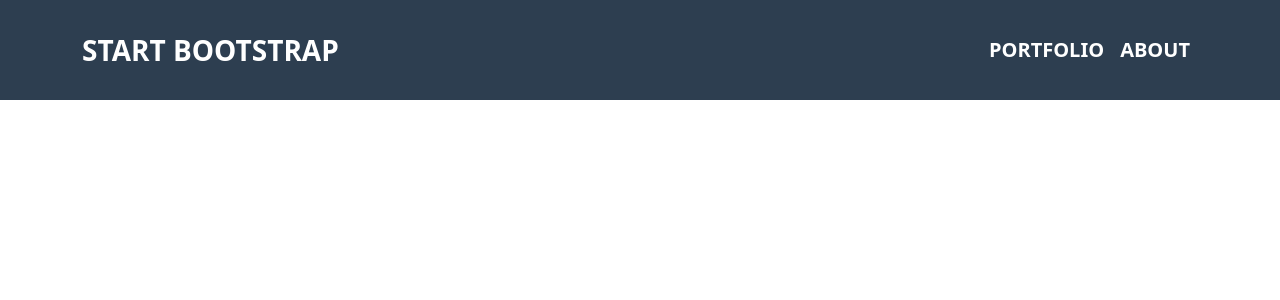
Repository: 7JaxeN7/WT-1255P-Mehmet_BEZC-
Page: index.html
These files come from the project's save history. The page is drawn as it stood at one moment and after the next save; the edit follows.
The browser window is 1280 px wide. The pictures show the whole page.

Above is the page before, as saved 2025-01-06 20:58:53.

After the next save:
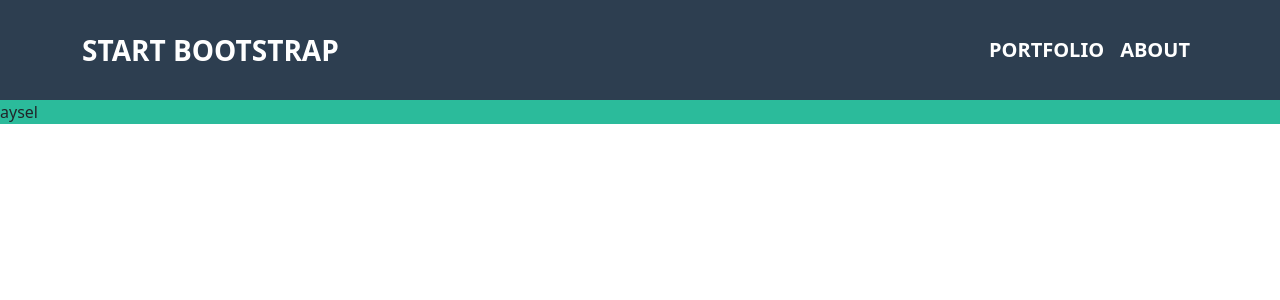
Saved 112 s later.
--- a/index.html
+++ b/index.html
@@ -35,7 +35,7 @@
   </header>
   <!-- Herosection -->
    <div class="herosection-bg">
-
+    aysel
    </div>
   <!-- Burası bootstrap script kısmı -->
   <script src="https://cdn.jsdelivr.net/npm/bootstrap@5.3.3/dist/js/bootstrap.bundle.min.js"

After the save that followed:
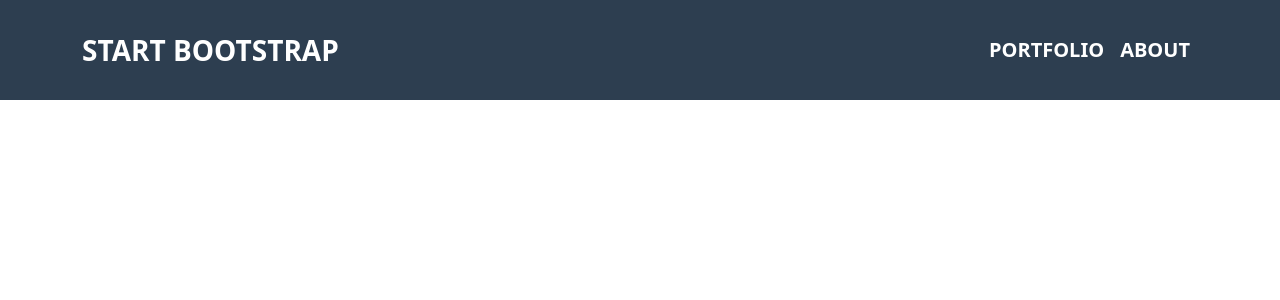
Saved 8 s later.
--- a/index.html
+++ b/index.html
@@ -35,7 +35,7 @@
   </header>
   <!-- Herosection -->
    <div class="herosection-bg">
-    aysel
+
    </div>
   <!-- Burası bootstrap script kısmı -->
   <script src="https://cdn.jsdelivr.net/npm/bootstrap@5.3.3/dist/js/bootstrap.bundle.min.js"
